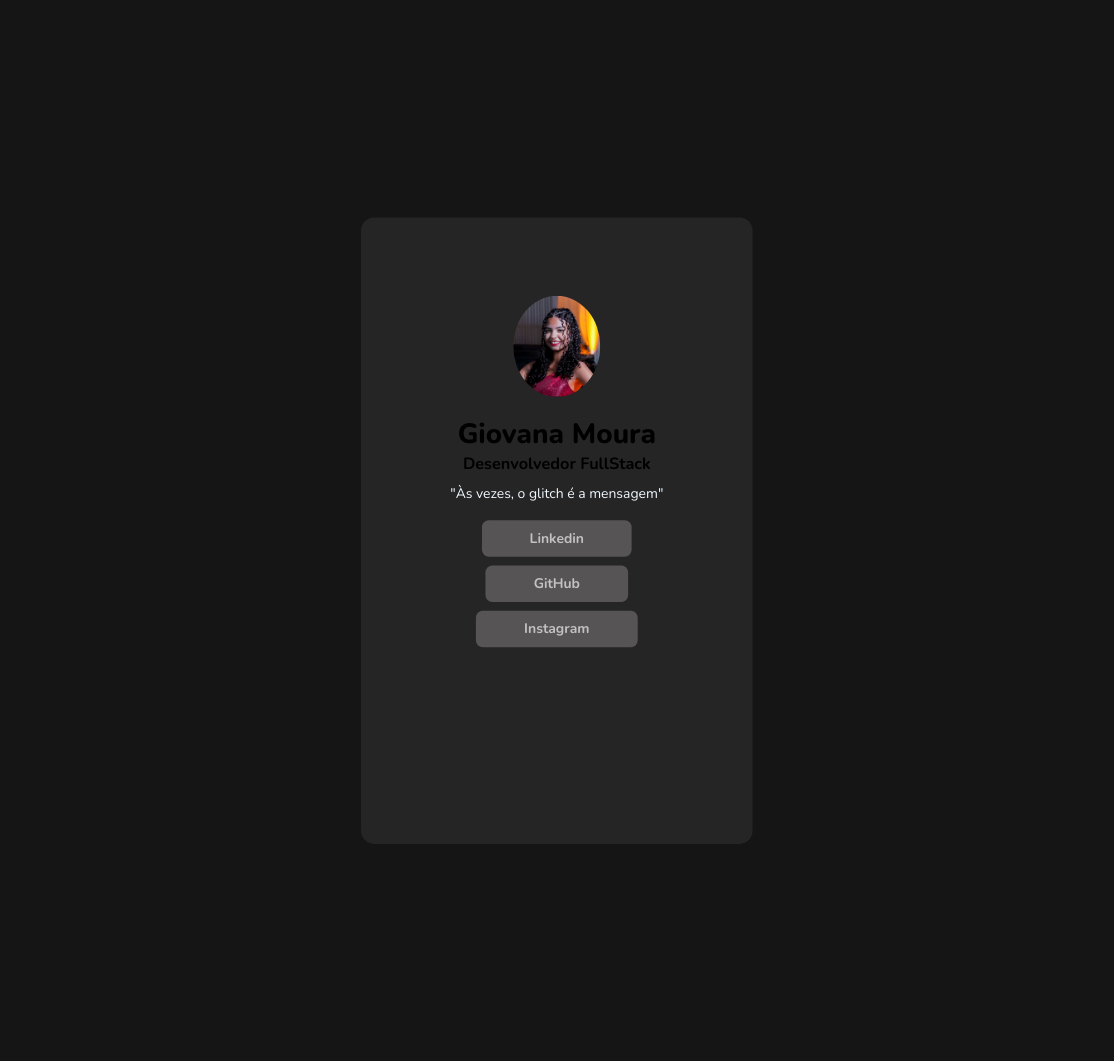
Repository: gimoli/linktree-giovana
Page: index.html
These files come from the project's save history. The page is drawn as it stood at one moment and after the next save; the edit follows.
The browser window is 1280 px wide. The pictures show the whole page, at 87% of full size.

Above is the page before, as saved 2025-04-11 09:24:05.

### index.html
<!DOCTYPE html>
<html lang="en">
<head>
    <meta charset="UTF-8">
    <meta name="viewport" content="width=device-width, initial-scale=1.0">
    <title>linktree Giovana</title>
    <link rel="stylesheet" href="style.css">
    <link rel="preconnect" href="https://fonts.googleapis.com">
<link rel="preconnect" href="https://fonts.gstatic.com" crossorigin>
<link href="https://fonts.googleapis.com/css2?family=Nunito:ital,wght@0,200..1000;1,200..1000&display=swap" rel="stylesheet">
</head>
<body>
    <div class="container-main">
        <div class="container-imagem">
            <img src="./image-profile.jfif" alt="foto perfil"/>
        </div>
        <div class="container-infos">
            <h1>Giovana Moura</h1>
            <h3>Desenvolvedor FullStack</h3>
        </div>
        <div class="container-easter-egg">
            <p>"Às vezes, o glitch é a mensagem"</p>
        </div>
        <div class="container-social">
            <ul>
                <label for="Linkedin">
                    <li>
                        <a href="https://www.linkedin.com/in/giovana-moura-3543032bb/" target="_blank" class="botao-linktree-1">
                            Linkedin
                        </a>
                    </li>
                </label>
                <label for="GitHub">
                <li>
                    <a href="https://github.com/gimoli" target="_blank" class="botao-linktree-2">
                        GitHub
                    </a>
                </li>
            </label>
                <label for="Instagram">
                <li>
                    <a href="https://www.instagram.com/gimoli_n?igsh=cTNvNDJ0M3owb3Vs&utm_source=qr" target="_blank" class="botao-linktree-3">
                        Instagram
                    </a>
                </li>
            </label>
            </ul>
        </div>
    </div>
</body>
</html>

### style.css
*{
    font-family: "Nunito", sans-serif;
    margin: 0;
    padding: 0;
    box-sizing: border-box;
}

body {
    background-color: rgb(21, 21, 21);
}

.container-main {
    background-color: rgb(37, 37, 37);
    width: 450px;
    height: 720px;
    box-sizing: border-box;
    margin: 250px auto;
    padding: 90px;
    border-radius: 15px;
    text-align: center;
}

.container-imagem img{
    margin: 0 60px;
    width: 100px;
    border-radius: 100%;
}

.container-infos {
    margin-top: 15px;
    margin-bottom: 10px;
}

.container-infos h1 {
    font-weight: 800;
}

.container-infos h2{
  color: #e32363;
    margin-top: 10px;
    margin-bottom: px;
    font-weight: 600;
    font-size: 18px;
}

.container-easter-egg {
    margin-bottom: 15px;
    color: aliceblue;
}

.container-social ul{
    list-style-type: none;

}

.container-social li {
  display: inline-block;
  padding: 10px 55px;
  margin: 5px 0;
  background-color: #575455; /* cor do Instagram */
  color: white;
  text-decoration: none;
  border-radius: 8px;
  font-weight: bold;
  text-align: center;
  transition: background-color 0.3s ease;
}

.container-social li:hover{
  background-color: #e32363;
}

.container-social a{
    text-decoration: none;
    color: rgb(194, 194, 194);
}

After the next save:
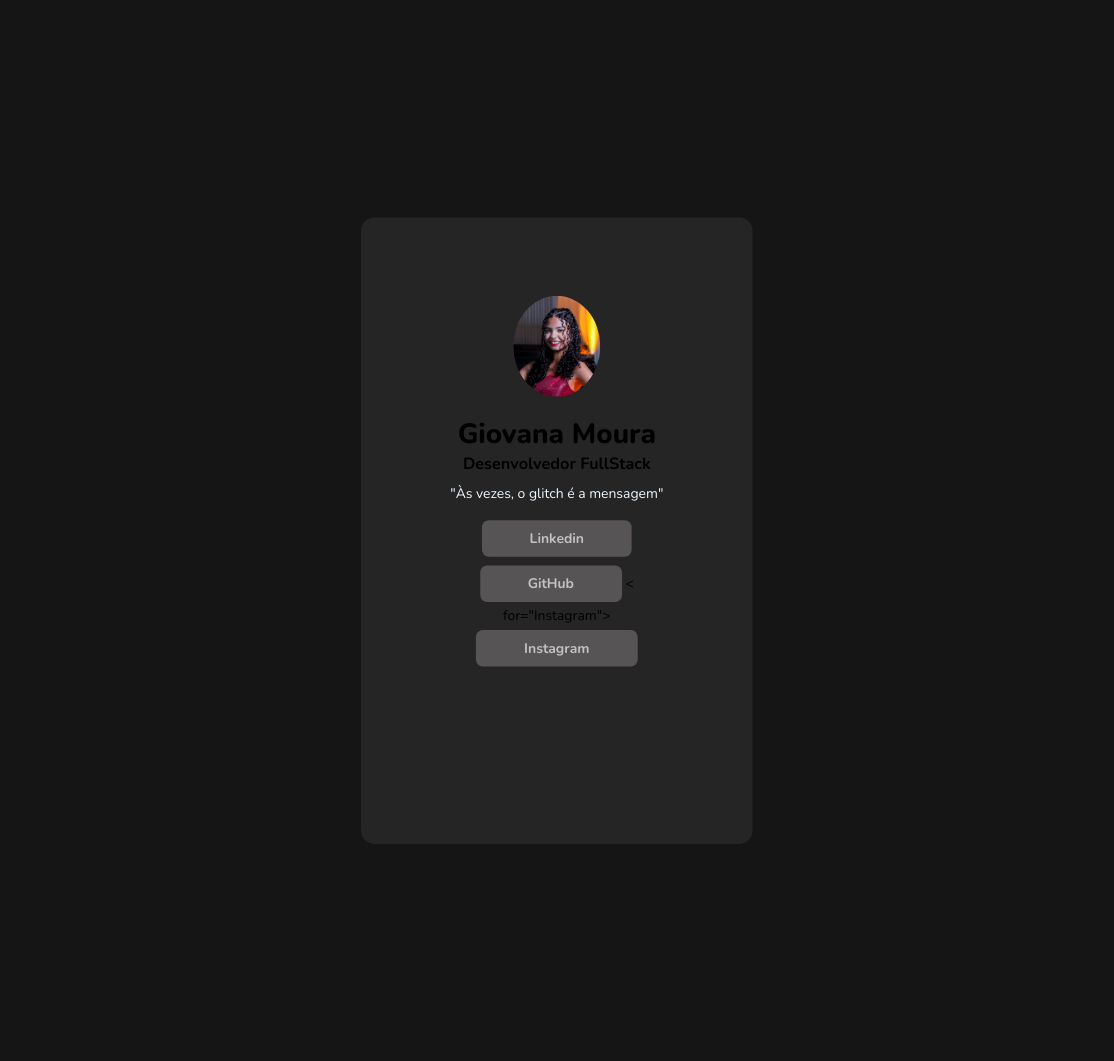
Saved 76 s later.
--- a/index.html
+++ b/index.html
@@ -37,13 +37,12 @@
                     </a>
                 </li>
             </label>
-                <label for="Instagram">
+                < for="Instagram">
                 <li>
                     <a href="https://www.instagram.com/gimoli_n?igsh=cTNvNDJ0M3owb3Vs&utm_source=qr" target="_blank" class="botao-linktree-3">
                         Instagram
                     </a>
                 </li>
-            </label>
             </ul>
         </div>
     </div>

After the save that followed:
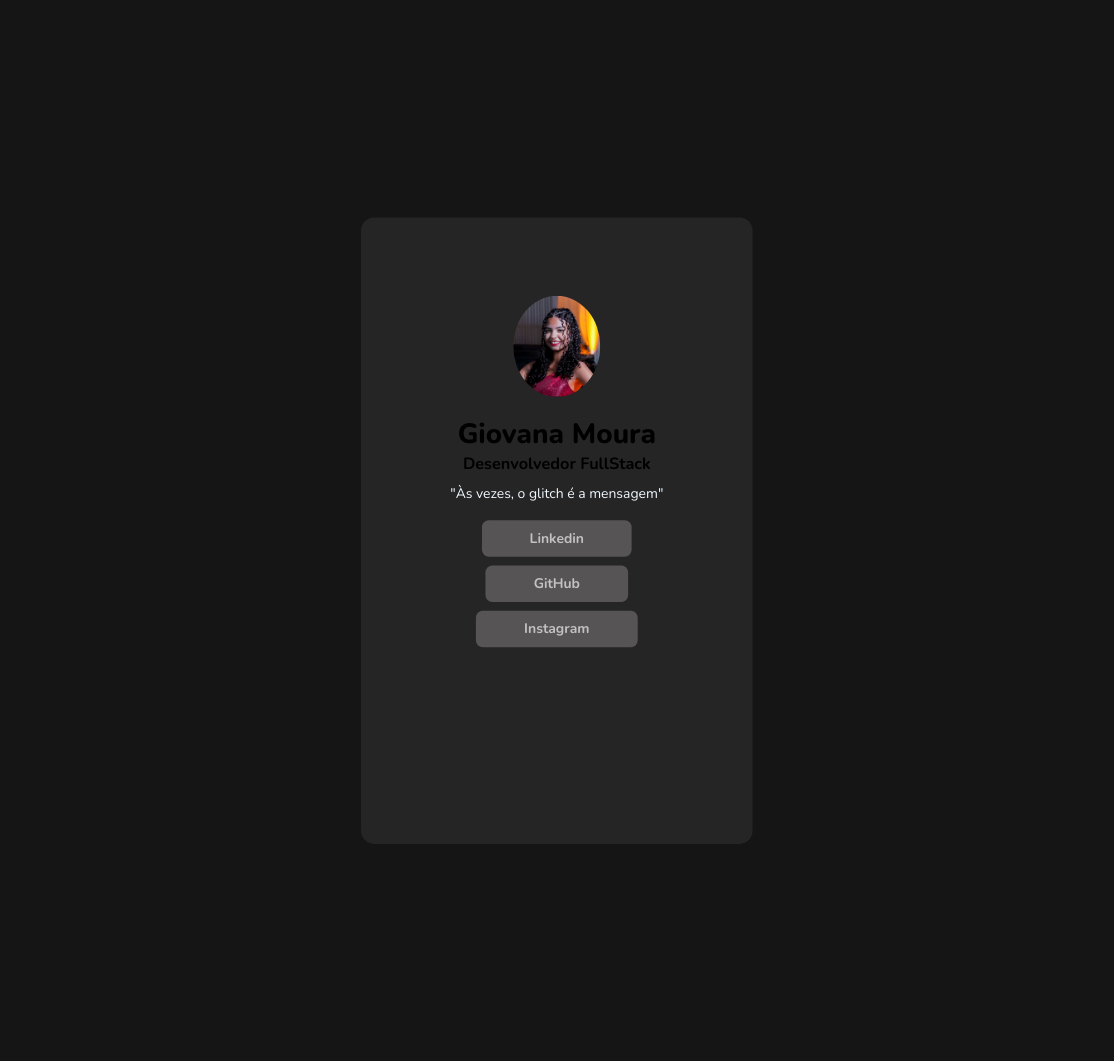
Saved 6 s later.
--- a/index.html
+++ b/index.html
@@ -36,8 +36,6 @@
                         GitHub
                     </a>
                 </li>
-            </label>
-                < for="Instagram">
                 <li>
                     <a href="https://www.instagram.com/gimoli_n?igsh=cTNvNDJ0M3owb3Vs&utm_source=qr" target="_blank" class="botao-linktree-3">
                         Instagram
